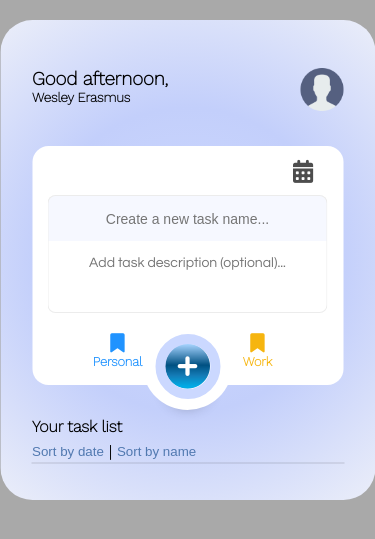
Repository: WesleyErasmus/Todo-App
Page: todoApp.html
These files come from the project's save history. The page is drawn as it stood at one moment and after the next save; the edit follows.
The browser window is 375 px wide. The pictures show the whole page.
Some web libraries are served in a nearby version.

Above is the page before, as saved 2022-06-25 11:59:28.

### todoApp.html
<!DOCTYPE html>
<html lang="en">

<head>
    <meta charset="UTF-8">
    <meta http-equiv="X-UA-Compatible" content="IE=edge">
    <meta name="viewport" content="width=device-width, initial-scale=1.0">
    <title>Todo App</title>
    <script src="https://kit.fontawesome.com/81ea498f91.js" crossorigin="anonymous"></script>
    <link rel="stylesheet" href="/source/css/todoApp.css">
    <script src="/source/script/todoApp.js" defer></script>
</head>

<body>
    <!-- App wrapper -->
    <main class="app-wrapper">
        <!-- App header -->
        <header>
            <!-- Greeting and Name -->
            <div class="app-heading">
                <h3>Good afternoon, </h3>
                <h5>Wesley Erasmus</h5>
            </div>
            <!-- Profile picture -->
            <div id="profile-picture">
                <img src="/images/user.png" alt="" style="width: 43px;">
            </div>
        </header>

        <!-- Categories section -->
        <section>
            <form id="task-list-form">
                <div class="create-submit">
                    <span class="error-validation-message">Please enter a task title</span>
                    <!-- Task title input -->
                    <input type="text" name="title" id="title" placeholder="Create a new task name..." />
                    <!-- task description textarea -->
                    <textarea name="description" id="description" cols="30" rows="3" placeholder="Add task description (optional)..."></textarea>
                    <!-- Due date calendar icon -->
                    <span class="datePicker-toggle">
                        <span class="datePicker-toggle-button"></span>
                        <input type="date" name="date" class="datePicker-input">
                        <i class="fa-solid fa-calendar-days"></i>
                    </span>
                    <!-- Calendar tooltip message -->
                    <span class="calendar-tooltip">Add a due date</span>

                    <!-- task submit button -->
                    <button id="add-task-btn" type="submit" value="create-new-task">
                        <!-- add task button -->
                        <i class="fa-solid fa-circle-plus"></i>
                    </button>
                    <div class="circle"></div>
                </div>

                <!-- Categories -->
                <div class="category-selectors">
                    <!-- Personal category -->
                    <label class="personal-category-btn">
                        <input type="radio" name="category" value="Personal" class="personal-category"
                            id="personal-category" checked />
                        <i class="fa-solid fa-bookmark"></i>
                        <h4 class="category-h4">Personal</h4>
                    </label>
                    <!-- Work category -->
                    <label class="work-category-btn">
                        <input type="radio" name="category" value="Work" class="work-category" id="work-category" />
                        <i class="fa-solid fa-bookmark"></i>
                        <h4 class="category-h4">Work</h4>
                    </label>
                </div>
                <!-- End of categories div -->
                </div>
            </form>
        </section>

        <!-- Task list is created here, new tasks are outputted below -->
        <section class="todo-list-output">
            <div id="list-header">
                <div>Your task list</div>
            </div>
            <!-- SEARCH BAR AND FILTER SECTION -->
            <div id="search-filter-section">
                <!-- SEARCH BAR -->
                <!-- <form id="search-bar">
                <input type="text"
                id="search-bar"
                placeholder="Search for task...">
                <button type="submit"><i class="fa fa-search"
                id="search-submit-btn"></i></button>
                </form> -->
                <!-- filter dropdown  ***WORK IN PROGRESS*** -->
                <button id="sort-by-date" value="date" onclick="dateSort()">Sort by date</button>
                <p>|</p>
                <button id="sort-by-name" value="name" onclick="nameSort()">Sort by name</button>
            </div>
            <!-- Actual task list output -->
            <div class="task-list" id="task-list">

            </div>
            <!-- End of task list -->
        </section>
    </main> <!-- End of App wrapper -->

</body>

</html>

### source/css/todoApp.css
/* GOOGLE FONT IMPORT */
@import url("https://fonts.googleapis.com/css2?family=Questrial&family=Work+Sans:wght@200&display=swap");

/* MEDIA QUERIES */
/* Mobile screen */
/* @media only screen and (max-width: 400px) {} */
/* Tablet screen */
/* @media only screen and (min-width: 768px) {} */
/* Desktop screen */
/* @media only screen and (min-width: 992px) {} */



/* Imported Font families: */
/* font-family: "Work Sans", sans-serif; */
/* font-family: "Questrial", sans-serif; */

/* >>>>>>>>>>>>>>>>UPDATES CSS ROOT VARIABLES<<<<<<<<<<<<<<< */
/* *** CSS VARIABLES *** */
:root {
  --light-background: #fff;
  --work: #f6b50f;
  --personal: #2093ff;
  /* --placeholder-text: #aeaeaec7; */
  --grey: #a9a9a9;
  --dark-grey: #4d4d4d;

  /* GRADIENT COLORS */
  --primary-gradient: -webkit-linear-gradient(
    top,
    #a7d4ff 0%,
    #005081 47%,
    #147bb6 70%,
    #00abe5 94%,
    #02a8e4 100%
  );
  --background: rgb(206, 217, 255);
  --background-color: radial-gradient(
    circle,
    rgba(206, 217, 255, 1) 0%,
    rgba(195, 207, 251, 1) 50%,
    rgba(235, 238, 249, 1) 100%
  );

  --delete: radial-gradient(
    circle,
    rgb(255, 9, 9) 26%,
    rgba(255, 88, 88, 1) 58%,
    rgb(255, 0, 0) 61%,
    rgba(255, 67, 67, 1) 68%
  );

  /* BOX-SHADOW */
  --box-shadow: rgba(0, 0, 0, 0.05) 0px 6px 24px 0px,
    rgba(0, 0, 0, 0.08) 0px 0px 0px 1px;
  /* TEXT-SHADOW */
  --text-shadows: rgba(0, 0, 0, 0.24) 0px 3px 8px;
}
/* END OF CSS VARIABLES */

/* UNIVERSAL SELECTOR STYLING */
* {
  box-sizing: border-box;
  margin: 0;
  padding: 0;
  list-style: none;
}
/* END OF UNIVERSAL SELECTOR STYLING */

/* RADIO AND CHECKBOX INPUT STYLING */
/* Below removes input and checkbox default styling */
input:not([type="radio"]):not([type="checkbox"]),
button {
  appearance: none;
  border: none;
  outline: none;
  cursor: initial;
  background: none;
}
/* Removes the radio selector */
input[type="radio"] {
  display: none;
}
/* END OF RADIO AND CHECKBOX INPUT STYLING */

/* Removes textarea resize styling */
textarea {
  resize: none;
}

/* UNIVERSAL PLACEHOLDER TEXT STYLING */
::placeholder {
  /* >>>>>>>>>>>Style placeholder text here<<<<<<< */
}

/* UNIVERSAL BUTTON STYLING */
button {
  appearance: none;
  border: none;
  outline: none;
  background: none;
  cursor: initial;
  cursor: pointer;
}

body {
  font-family: "Questrial", sans-serif;
}
/* APP WRAPPER/CONTAINER STYLING */
main {
  position: absolute;
  left: 50%;
  margin-right: -50%;
  transform: translate(-50%);
  background: var(--background);
  background-image: var(--background-color);
  border-radius: 2rem;
  padding: 2rem 2rem 0.5rem 2rem;
  flex: 1 1 0%;
  align-items: center;
  justify-content: center;
  max-width: 550px;
  width: 100%;
  height: auto;
  margin-top: 20px;
}
/* END OF APP WRAPPER/CONTAINER STYLING */

/* Styling for section HTML tags */
section {
  margin-top: 1rem;
  margin-bottom: 2rem;
}

/* Makes mouse cursor change to pointer when hovering over all labels */
label {
  cursor: pointer;
}

/* HEADER STYLING (Greeting, name, and profile image) */
header {
  display: flex;
  justify-content: space-between;
  padding: 1rem 0rem 1rem 0rem;
  border-radius: 1rem;
}

.app-heading {
    font-family: "Work Sans", sans-serif;
}
/* END OF HEADER STYLING */

/* TASK USER INPUTS STYLING */
#task-list-form {
  background-color: var(--light-background);
  border-radius: 1rem;
  padding-top: 1.65rem;
  margin: 0;
}

/* ADD DUE DATE CALENDAR STYLING */
/* Calendar icon positioning */
.datePicker-toggle {
  display: inline-block;
  position: absolute;
  right: 30px;
  top: -20px;
}
/* Removes default date input styling */
.datePicker-input {
  position: absolute;
  left: 0;
  top: 0;
  width: 100%;
  height: 100%;
  opacity: 0;
  cursor: pointer;
  box-sizing: border-box;
}
/* Calendar Tooltip hover styling */
.datePicker-toggle:hover {
  opacity: 0.85;
}
/* Calendar click */
.datePicker-toggle:active {
  transform: translateY(1px);
}
/* Hover over calendar to make tooltip visible */
/* >>>>>>>>>>>>>>>>MAKE AND I information circle icon next to calendar<<<<<<< */
.datePicker-toggle:hover + .calendar-tooltip {
  visibility: visible;
  opacity: 1;
}
.datePicker-input::-webkit-calendar-picker-indicator {
  position: absolute;
  left: 0;
  top: 0;
  width: 100%;
  height: 100%;
  margin: 0;
  padding: 0;
  cursor: pointer;
}
/*Calendar Tooltip styling */
.calendar-tooltip {
  visibility: hidden;
  position: absolute;
  width: 140px;
  height: 30px;
  right: 35px;
  top: -60px;
  font-size: 0.85rem;
  background-color: #f7f9ff;
  color: var(--dark-grey);
  text-align: center;
  padding: 8px 0;
  border-radius: 7px;
  z-index: 1;
  box-shadow: var(--box-shadow);
  /* Tooltip fade effect */
  opacity: 0;
  transition: opacity 0.5s;
}
/* Tooltip styling - adds tooltip arrow */
.calendar-tooltip::after {
  content: "";
  position: absolute;
  top: 100%;
  left: 85%;
  margin-left: -5px;
  border-width: 5px;
  border-style: solid;
  border-color: #d6e0ff transparent transparent transparent;
}
/* Calendar tooltip font styling */
.task-due-date {
  font-size: 0.85rem;
  color: var(--grey);
}
/* END OF DUE DATE CALENDAR STYLING */

/* Container for input fields and the task submit button */
.create-submit {
  position: relative;
  display: flex;
  flex-direction: column;
  justify-content: center;
  align-items: center;
  text-align: center;
  margin-top: 0.5rem;
}
/* Title and description input field */
#title {
  background: rgb(246, 248, 255);
  display: block;
  width: 90%;
  font-size: 14px;
  text-align: center;
  border: 0.1px solid #ececec;
  border-top-left-radius: 0.5rem;
  border-top-right-radius: 0.5rem;
  border-bottom: none;
  padding: 0.9rem 0rem 0.9rem 0rem;
  margin-top: 15px;
}
/* TASK TITLE ERROR MESSAGE IF TITLE IS BLACK / FORM VALIDATION */
/* Error message tooltip styling */
.error-validation-message {
  visibility: hidden;
  position: absolute;
  width: 250px;
  height: 40px;
  right: 180px;
  top: -40px;
  font-size: 0.85rem;
  background-color: #f7f9ff;
  color: var(--dark-grey);
  text-align: center;
  padding: 13px 0;
  border-radius: 7px;
  z-index: 1;
  box-shadow: var(--box-shadow);
  transition: all 1s;
  /* Tooltip fade effect */
  -webkit-animation: fadeinout 8s linear forwards;
  animation: fadeinout 8s linear forwards;
}
/* Keyframes for error message fade out */
@keyframes fadeinout {
  100% { opacity: 0; }
  75% { opacity: 1; }
  50% { opacity: 1; }
  0% { opacity: 1; }
  }
@-webkit-keyframes fadeinout {
100% { opacity: 0; }
75% { opacity: 1; }
50% { opacity: 1; }
0% { opacity: 1; }
}
/*Error message tooltip arrow styling */
.error-validation-message::after {
  content: "";
  position: absolute;
  top: 100%;
  left: 65%;
  margin-left: -5px;
  border-width: 8px;
  border-style: solid;
  border-color: #d6e0ff transparent transparent transparent;
}
/* END OF ERROR MESSAGE STYLING */
#description {
  /* background-color: #ececec4e; */
  text-align: center;
  font-family: "Questrial", sans-serif;
  display: block;
  width: 90%;
  font-size: 14px;
  padding: 0.9rem;
  appearance: none;
  border: 0.1px solid #ececec;
  border-bottom-left-radius: 0.5rem;
  border-bottom-right-radius: 0.5rem;
  border-top: none;
  outline: none;
  cursor: initial;
}

/* Hover */
#title:hover,
#description:hover {
  border-radius: 0.5rem;
  /* background-color: #ececec4e; */
  background-color: #ececec4e;
  /* background: rgb(246, 248, 255); */
  width: 90%;
}
/* Add new task submit button */
#add-task-btn {
  z-index: 10;
  position: absolute;
  display: block;
  margin: 0 auto;
  bottom: -86px;
  color: #ffffff;
  background: var(--primary-gradient);
  -webkit-background-clip: text;
  -webkit-text-fill-color: transparent;
  border: 10px solid #cbd8ff;
  border-radius: 9999px;
  transition: all 0s;
}
/* Hover */
#add-task-btn:hover {
  opacity: 0.75;
  transform: translateY(-1px);
}
/* Click */
#add-task-btn:active {
  transform: translateY(1px);
}
/* Div circle container behind the task submit button */
.circle {
  z-index: -1;
  position: absolute;
  bottom: -142px;
  left: 50%;
  margin-right: -50%;
  transform: translate(-50%, -50%);
  width: 90px;
  height: 90px;
  background-color: var(--light-background);
  border-bottom-left-radius: 100px;
  border-bottom-right-radius: 100px;
  border: none;
  box-shadow: rgba(0, 0, 0, 0.45) 0px 20px 15px -25px;
}
/* Task submit button sizing */
.fa-circle-plus {
  font-size: 45px;
}
/* END OF TODO INPUTS AND SUBMIT BTN STYLING */

/* STYLING FOR CATEGORY BUTTONS, PERSONAL AND WORK */
.category-selectors {
  width: 90%;
  display: flex;
  margin: 0 auto;
  justify-content: center;
  align-items: center;
  border-bottom-left-radius: 1rem;
  border-bottom-right-radius: 1rem;
}
/* Category labels */
.category-selectors label {
  display: flex;
  flex-direction: column;
  justify-content: center;
  align-items: center;
  background-color: var(--light-background);
  padding: 0.75rem 2rem;
  border-radius: 0.5rem;
}
.category-h4 {
  font-family: "Work Sans", sans-serif;
}
/* Label in task-items */
.task-item-label {
  height: 30px;
}

/* Color for personal category button */
.personal-category-btn {
  color: var(--personal);
  border-bottom-left-radius: 1rem;
}
/* Color for work category button */
.work-category-btn {
  color: var(--work);
  border-bottom-right-radius: 1rem;
}
/* Category button styling */
.work-category-btn,
.personal-category-btn {
  font-size: 0.8em;
  width: 100%;
  height: 70px;
  border: none;
  outline: none;
  margin-top: 2px;
  transition: all 0s;
}
/* Click styling */
label.work-category-btn:active {
  transform: translateY(0.5px);
  background-color: #f6b50f3a;
  border-bottom-left-radius: 1rem;
  border-bottom-right-radius: 1rem;
}
/* Click styling */
label.personal-category-btn:active {
  transform: translateY(0.5px);
  background-color: #2093ff2b;
  border-bottom-left-radius: 1rem;
  border-bottom-right-radius: 1rem;
}
/* Hover styling */
.work-category-btn:hover,
.personal-category-btn:hover {
  opacity: 0.75;
  transform: translateY(-1px);
  background-color: #ececec4e;
}
/*END OF STYLING FOR CATEGORY BUTTONS */

/* HEADER FOR TASK LIST */
#list-header {
  font-family: "Work Sans", sans-serif;
  width: 80%;
  display: flex;
  justify-content: space-between;
  margin-bottom: 0;
  font-weight: bold;
  margin-bottom: 0.5rem;
}
/* END HEADER FOR TASK LIST */

/* CONTAINER FOR SEARCH BAR AND SEARCH BUTTONS */
#search-filter-section {
  display: flex;
  margin-bottom: 3px;
}
/* Sort buttons */
#sort-by-date,
#sort-by-name {
  color: #5179b0;
}
/* Hover */
#sort-by-date:hover,
#sort-by-name:hover {
  opacity: 0.75;
  text-decoration: underline;
}
/* Sort buttons margin styling */
#sort-by-date {
  margin-right: 5px;
}
#sort-by-name {
  margin-left: 5px;
}
/* END OF SORT BUTTONS */
/* END OF STYLING FOR SORT BUTTON */

/* >>>>>>>>>>>>REMOVE THIS?<<<<<<<<<<<<<<<<<<<< */
/* SEARCH BAR STYLING */
#search-bar {
  position: relative;
  display: flex;
  justify-content: center;
  align-items: center;
  width: 47%;
}
/* Search bar input field */
#search-bar input {
  display: block;
  width: 100%;
  font-size: 0.9rem;
  padding: 0.5rem 1.5rem;
  padding-right: 0rem;
  background-color: var(--light-background);
  border-radius: 0.5rem;
  margin-bottom: 1rem;
  box-shadow: var(--box-shadow);
}
/* Search submit button */
#search-submit-btn {
  position: absolute;
  display: block;
  right: 0rem;
  top: 0;
  background-color: var(--light-background);
  border-top-left-radius: 0.5rem;
  border-bottom-left-radius: 0.5rem;
  border-top-right-radius: 0.5rem;
  border-bottom-right-radius: 0.5rem;
  padding: 0.53rem;
  color: var(--grey);
}
/*END OF SEARCH BAR STYLING */

/* END OF CONTAINER FOR SEARCH BAR AND SEARCH BUTTONS */

/* TASK LIST WHERE NEW TASKS ARE DISPLAYED */
#task-list {
  border-radius: 1rem;
  background-color: var(--light-background);
  box-shadow: var(--box-shadow);
}
/* Task item styling (styling for each created task*/
#task-list .task-item {
  display: flex;
  justify-content: space-between;
  padding: 1.2rem 1.5rem;
  margin-bottom: 0rem;
  border-bottom: 0.01px solid rgba(229, 225, 225, 0.919);
}
/* Hover */
div.task-item:hover {
  border-radius: 0.5rem;
  background-color: #ececec4e !important;
}
/* Task title font sizing */
input.task-title {
  color: #141823;
  /* color: #5179b0; */
  font-weight: 540;
  font-size: 15px;
  width: 100%;
  margin-bottom: 5px;
}
/* Strike-through for completed tasks ***NOT WORKING ON TASK DESCRIPTION*** */
.task-item.completed .task-content input {
  text-decoration: line-through;
  color: var(--grey);
}
/* Task description styling */
div.task-description {
  display: none;
  max-height: 150px;
  /* >>>>>>>>>> STYLE SCROLL BAR <<<<<<<<<<<< */
  overflow: auto;
  font-size: 14px;
  padding: 6px 3px 5px;
  border-radius: 7px;
  color: #373D3F;
  line-height: 1.1;

}
/*Task content container styling which contains:
Task title, Task description, Show description button */
.task-content {
  width: 100%;
  margin-left: 20px;
}
/* Task item flex display */
.task-content .task-item {
  flex: 1 1 0%;
}
/* Task item styling */
.task-content .task-item .text {
  color: var(--dark-grey);
  width: 100%;
  display: block;
  transition: 0.4s;
}
/* END OF TASK LIST STYLING */

/* EDIT & DELETE BUTTON STYLING */
.edit,
.delete {
  position: relative;
  right: -10px;
  top: -7px;
  transition: all 0.1s;
  cursor: pointer;
  font-size: 0.8rem;
}
/* Edit & delete button container */
.edit-delete {
  display: flex;
  height: 30px;
  flex-direction: row;
  justify-content: flex-start;
}
/* Hover */
.edit:hover,
.delete:hover {
  opacity: 0.75;
}
/* Click */
.edit:active,
.delete:active,
.fa-floppy-disk:active {
  transform: translateY(1px);
}
/* END OF EDIT & DELETE BUTTON STYLING */

/* TASK DESCRIPTION SHOW / HIDE STYLING */
/* Show/hide button styling */
.show-hide-description {
  margin-bottom: 5px;
  font-size: 0.8rem;
  position: relative;
  color: #5179b0;
}
/* Hover */
.show-hide-description:hover {
  opacity: 0.75;
  text-decoration: underline;
}
/* Click */
.show-hide-description:active {
  color: var(--dark-grey);
}
/* END OF TASK DESCRIPTION BUTTON STYLING */

/* FONT-AWESOME ICON STYLING */
/* EDIT BUTTON STYLING */
.fa-pencil {
  font-size: 1.1rem;
  margin: 5px;
  background: rgb(100,134,255);
  background: linear-gradient(90deg, rgb(38, 85, 255) 21%, rgb(75, 114, 255) 39%, rgb(107, 137, 255) 62%, rgb(35, 83, 255) 86%);
  -webkit-background-clip: text;
  -webkit-text-fill-color: transparent;
}
/* DELETE BUTTON STYLING */
.fa-trash {
  font-size: 1.1rem;
  margin: 5px;
  background: var(--delete);
  -webkit-background-clip: text;
  -webkit-text-fill-color: transparent;
}
/* SAVE BUTTON STYLING */
.fa-floppy-disk {
  font-size: 1.1rem;
  margin: 5px;
  background: var(--primary-gradient);
  -webkit-background-clip: text;
  -webkit-text-fill-color: transparent;
}
/* Category bookmark styling (icon color is styled in .personal-category-btn & .work-category-btn) */
.fa-bookmark {
  font-size: 1.2rem;
  margin-top: 3px;
}
/* Calendar icon */
.fa-calendar-days {
  font-size: 23px;
  color: var(--dark-grey);
}
/* END OF FONT-AWESOME BUTTON STYLING */

/* Mobile screen display */
@media only screen and (max-width: 400px) {

  body {
    background-color: #a9a9a9;
  }

  main {
    background-image: none;
    background: none;
    border-radius: none;
    padding: 2rem 2rem 0.5rem 2rem;
    flex: 1 1 0%;
    align-items: center;
    justify-content: center;
    width: 100%;
    height: auto;
    margin-top: 20px;

  /* position: absolute; */
  /* left: 50%;
  margin-right: -50%; */
  /* transform: translate(-50%); */
  background: var(--background);
  background-image: var(--background-color);
  }
}

Loaded but not shown: source/script/todoApp.js (244 lines, source omitted)

After the next save:
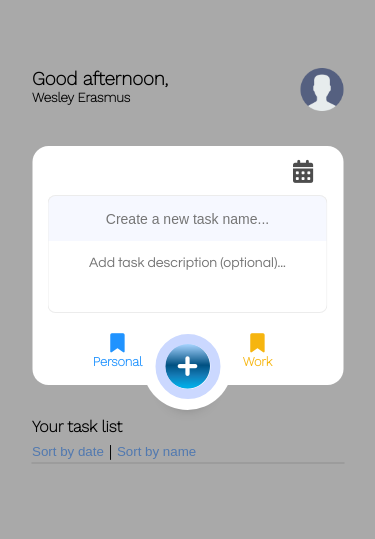
Saved 12 s later.
--- a/source/css/todoApp.css
+++ b/source/css/todoApp.css
@@ -706,7 +706,7 @@
   /* left: 50%;
   margin-right: -50%; */
   /* transform: translate(-50%); */
-  background: var(--background);
-  background-image: var(--background-color);
+  /* background: var(--background);
+  background-image: var(--background-color); */
   }
 }

After the save that followed:
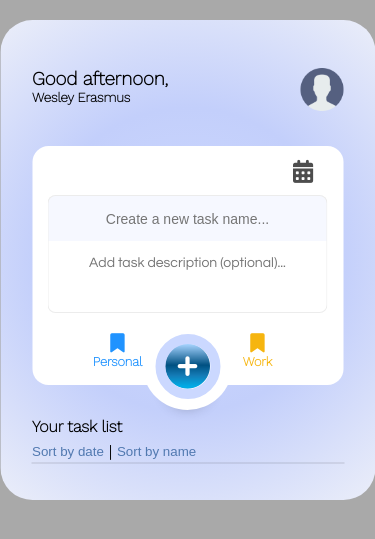
Saved 15 s later.
--- a/source/css/todoApp.css
+++ b/source/css/todoApp.css
@@ -706,7 +706,7 @@
   /* left: 50%;
   margin-right: -50%; */
   /* transform: translate(-50%); */
-  /* background: var(--background);
-  background-image: var(--background-color); */
+  background: var(--background);
+  background-image: var(--background-color);
   }
 }
